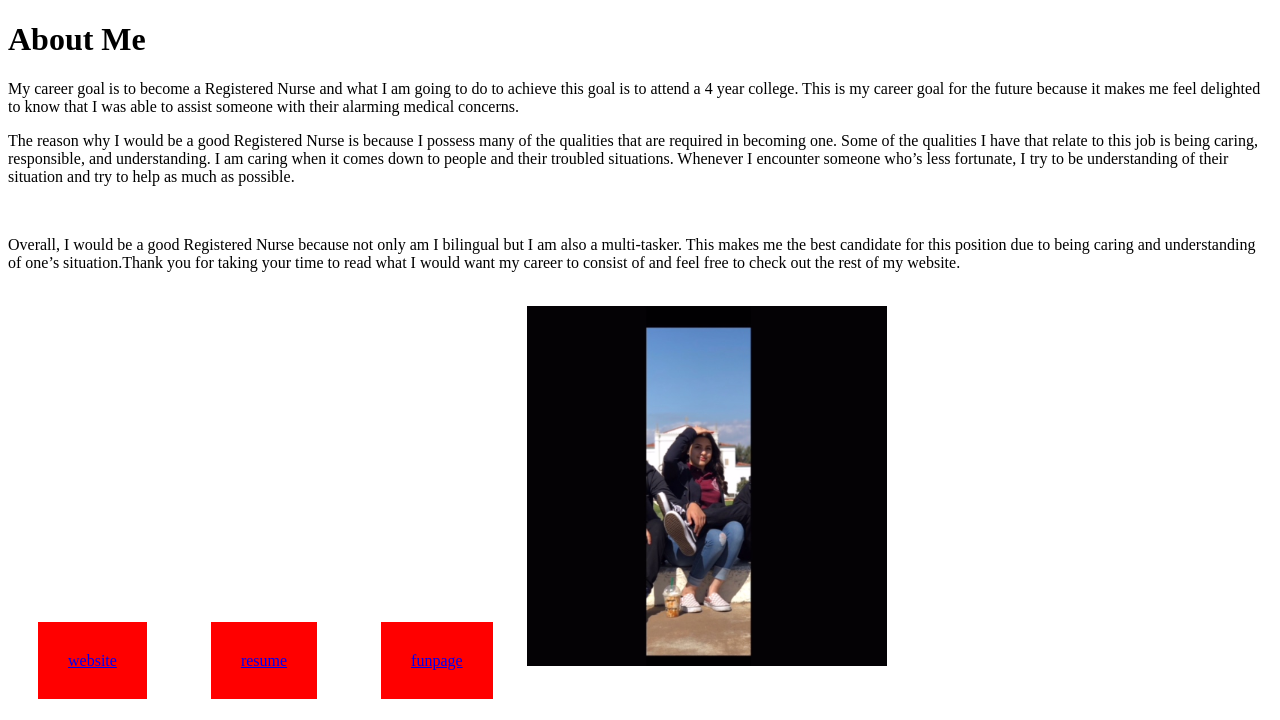
Repository: kasandrab/kasandrab.github.io
Page: aboutme.html
The author's editor kept a record of every edit. The page is drawn from the files as they stood at one moment, then again after the next edit.
The browser window is 1280 px wide. The pictures show the whole page.

Above is the page before.

After the next edit:
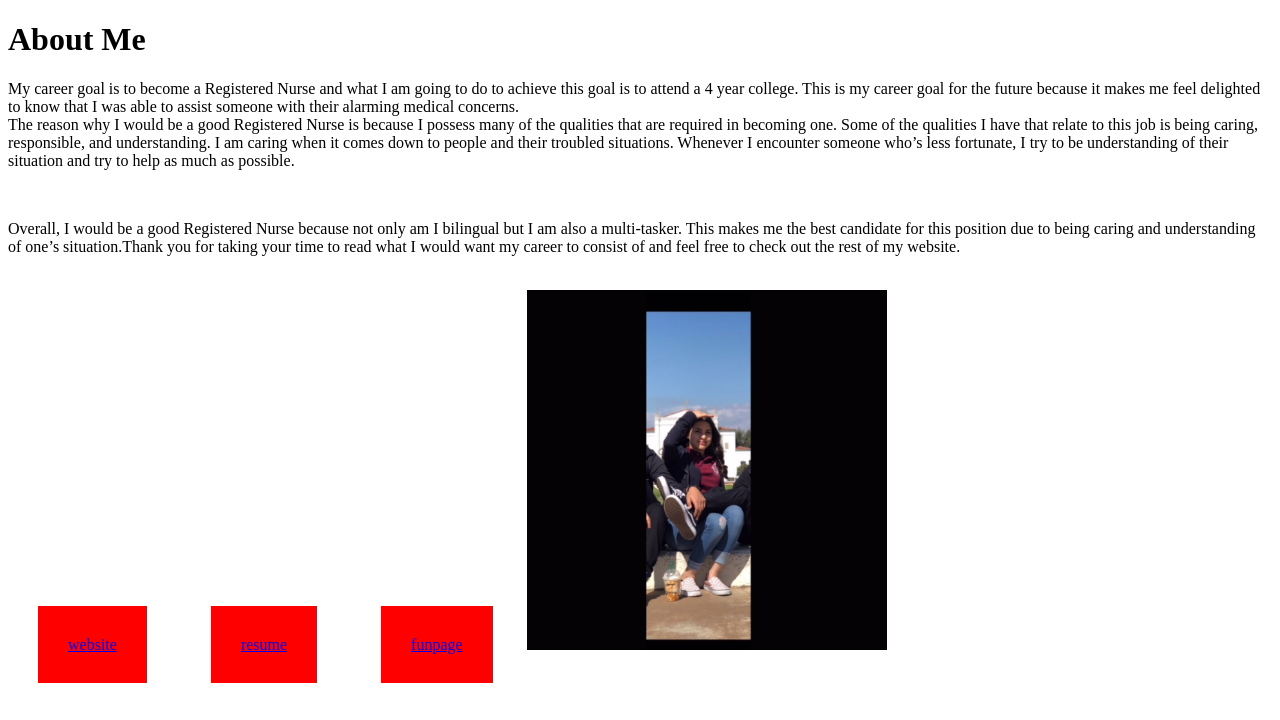
The edit:
--- a/aboutme.html
+++ b/aboutme.html
@@ -11,7 +11,7 @@
 <p>My career goal is to become a Registered Nurse and what I am going to do to achieve this goal is to attend a 4 year college. This is my career goal for the future because it makes me feel delighted to know that I was able to assist someone with their alarming medical concerns.<br >
 
 
-<p>The reason why I would be a good Registered Nurse is because I possess many of the qualities that are required in becoming one. Some of the qualities I have that relate to this job is being caring, responsible, and understanding. I am caring when it comes down to people and their troubled situations. Whenever I encounter someone who’s less fortunate, I try to be understanding of their situation and try to help as much as possible.</p><br>
+The reason why I would be a good Registered Nurse is because I possess many of the qualities that are required in becoming one. Some of the qualities I have that relate to this job is being caring, responsible, and understanding. I am caring when it comes down to people and their troubled situations. Whenever I encounter someone who’s less fortunate, I try to be understanding of their situation and try to help as much as possible.</p><br>
 
 
 <p>Overall, I would be a good Registered Nurse because not only am I bilingual but I am also a multi-tasker. This makes me the best candidate for this position due to being caring and understanding of one’s situation.Thank you for taking your time to read what I would want my career to consist of and feel free to check out the rest of my website.</p><br>
